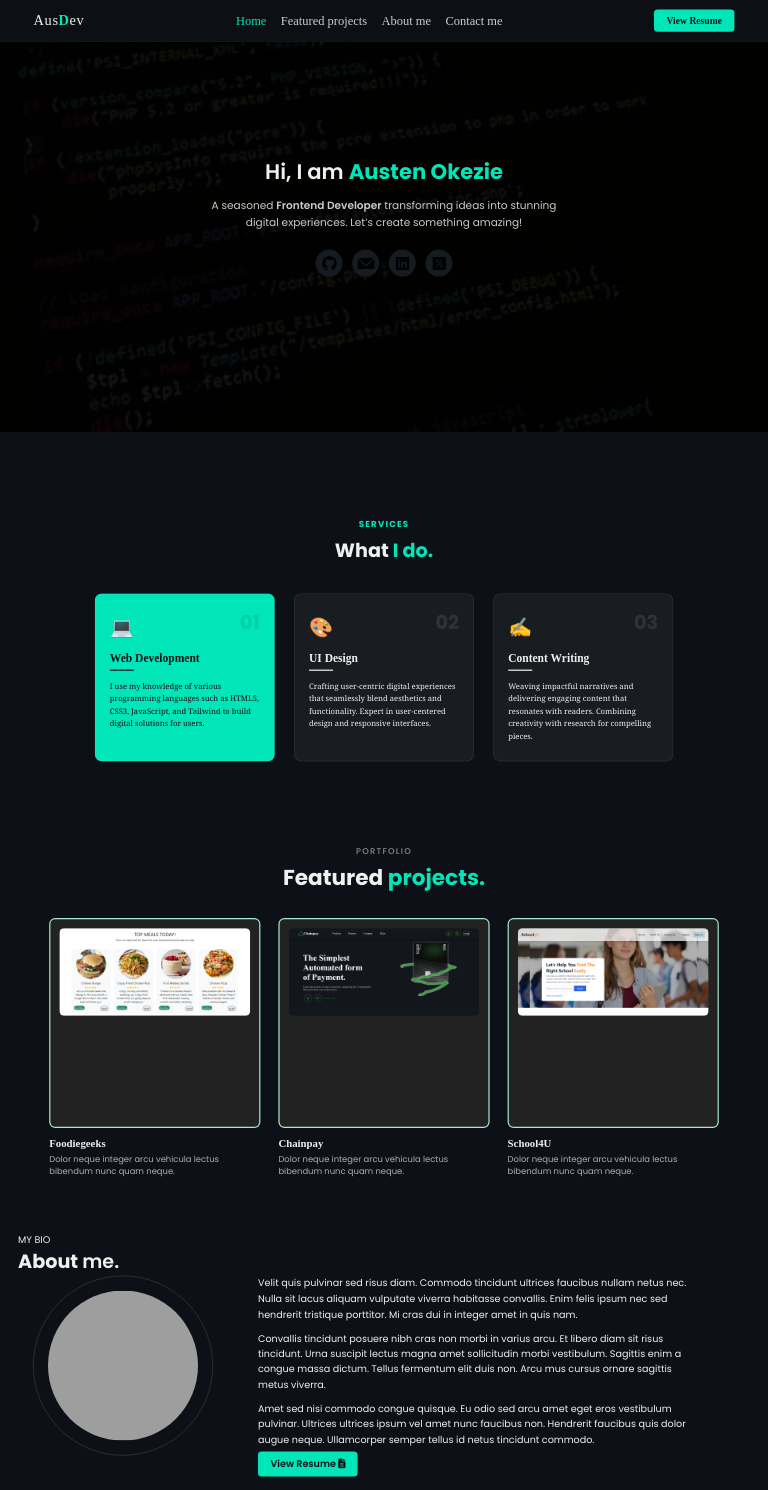
Repository: Austinokezie/Myportfolio
Page: index.html
These files come from the project's save history. The page is drawn as it stood at one moment and after the next save; the edit follows.
The browser window is 1280 px wide. The pictures show the whole page, at 60% of full size.
Pictures or frames that could not be fetched are drawn as grey boxes. Some web fonts or font styles are not loaded; a fallback is used.

Above is the page before, as saved 2025-10-14 17:52:23.

After the next save:
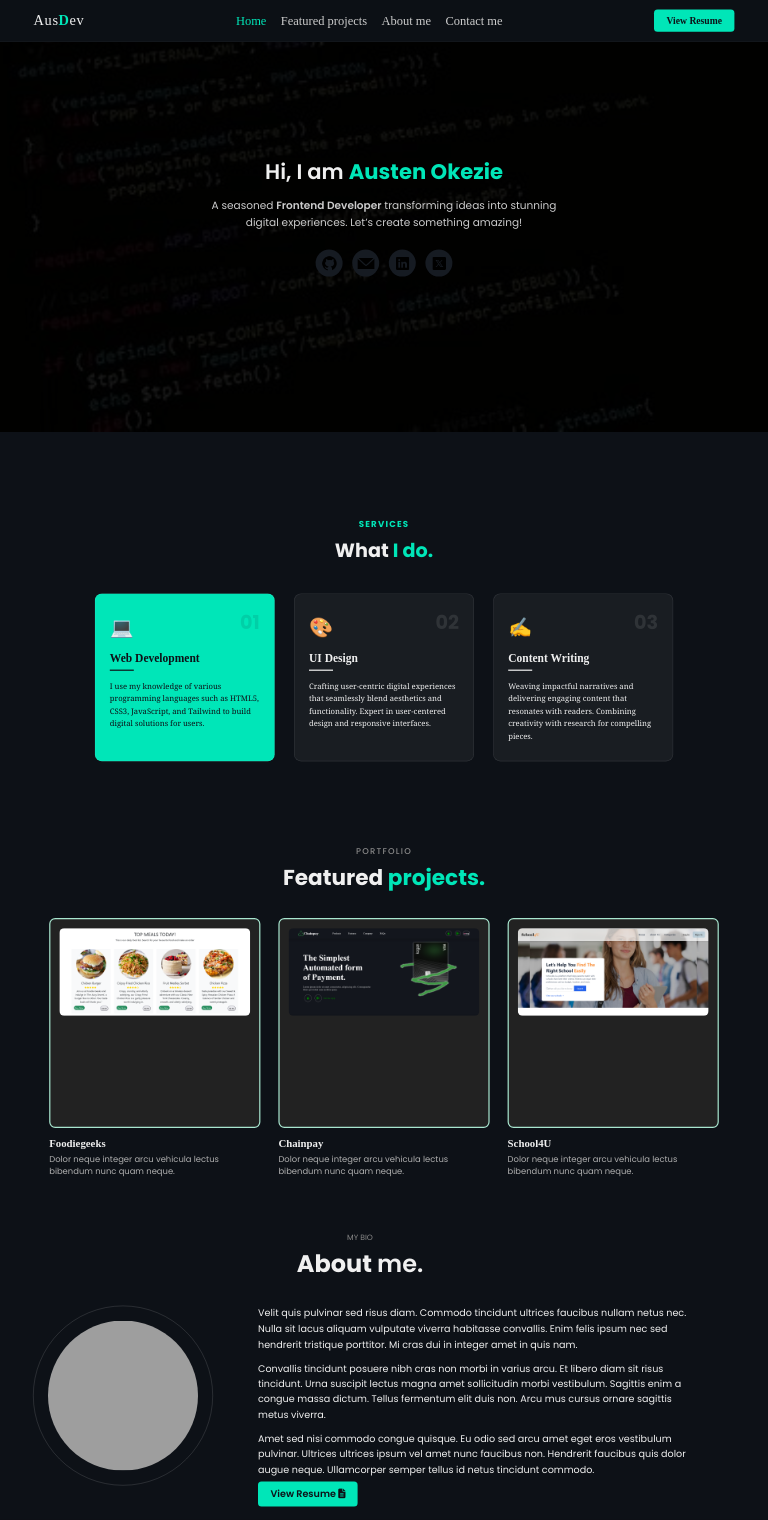
Saved 106 s later.
--- a/index.html
+++ b/index.html
@@ -117,7 +117,7 @@
 
 
    <div class="about-me-container">
-        <div class="">
+        <div class="section-header">
             <p>MY BIO</p>
             <h1>About <span class="highlight">me.</span></h1>
         </div>
